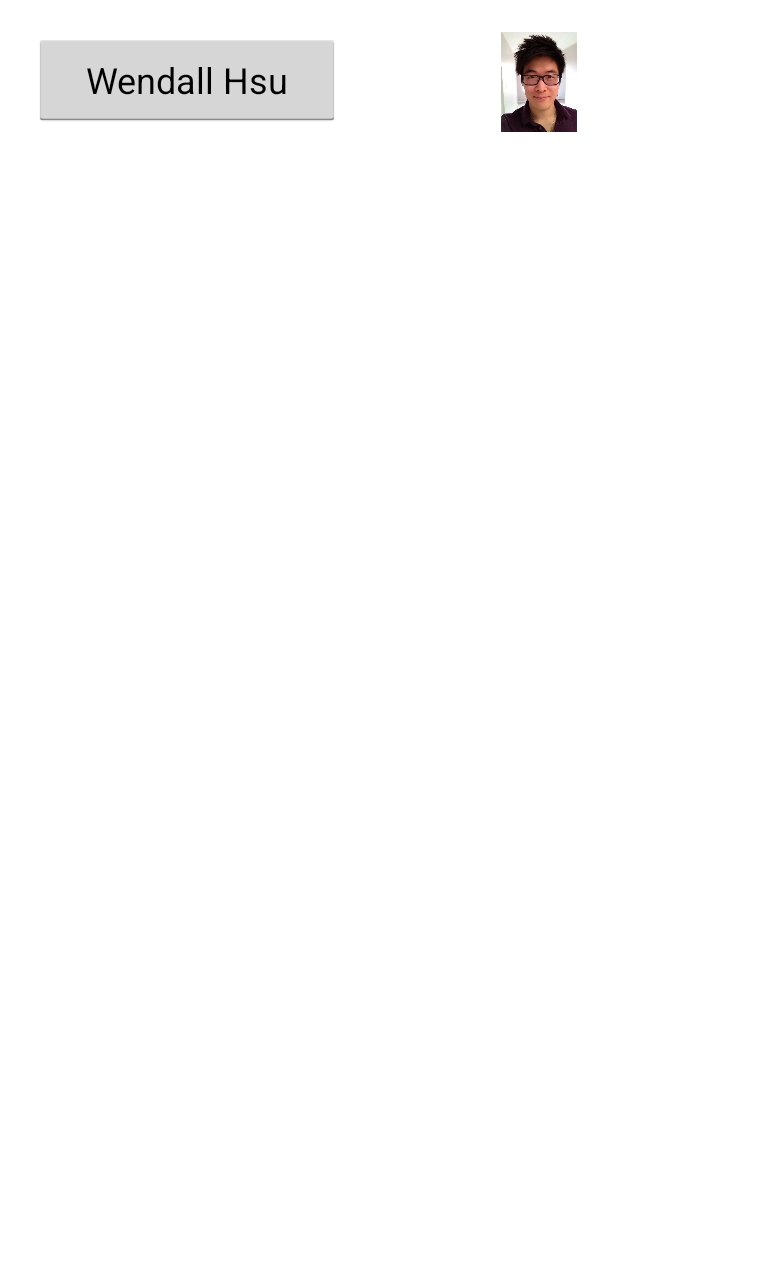
Repository: lethe13/AndroidProgramming
Layout: COMP304-Assignment2/res/layout/activity_main.xml
These files come from the project's save history. The layout is drawn as it stood at one moment and after the next save; the edit follows.
It is drawn on a 768 x 1280 px phone screen (xhdpi) without system bars, with theme AppTheme; the app's code is not run.

Above is the layout before, as saved 2015-10-13 21:22:36.

After the next save:
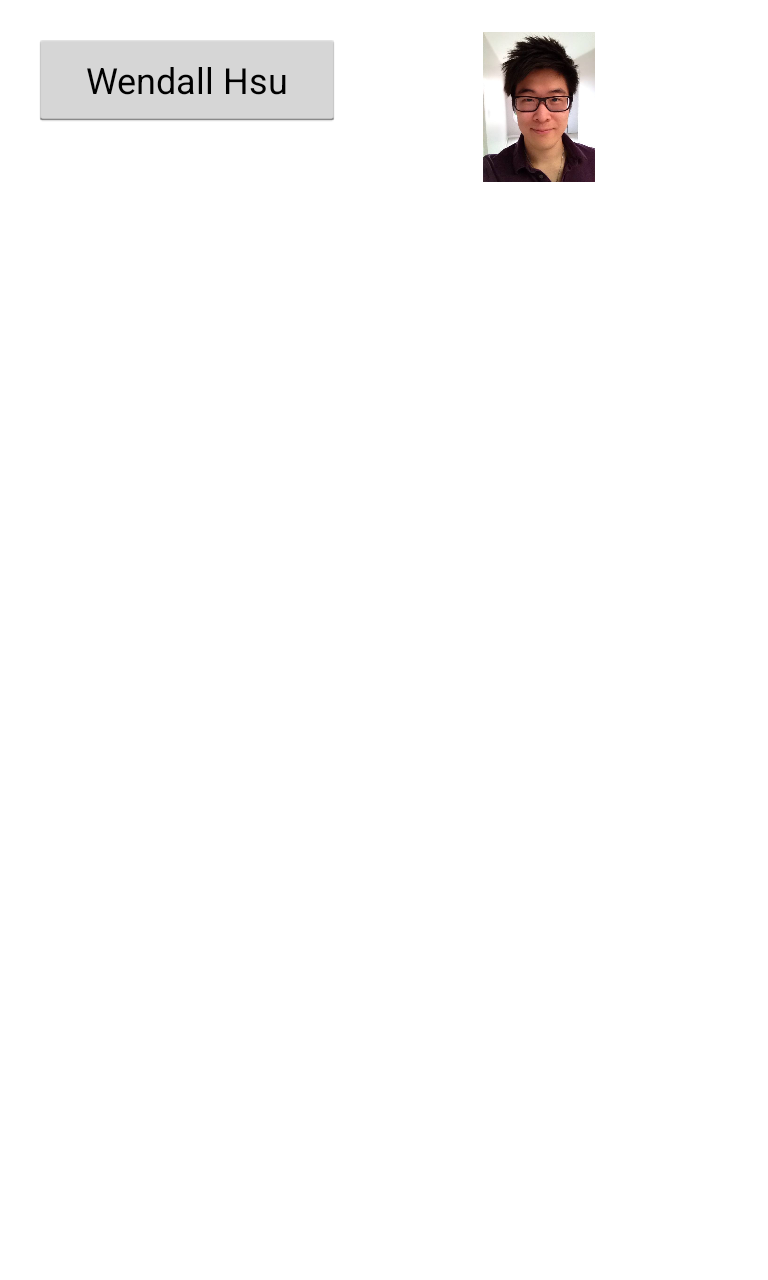
Saved 8 min 53 s later.
--- a/COMP304-Assignment2/res/layout/activity_main.xml
+++ b/COMP304-Assignment2/res/layout/activity_main.xml
@@ -18,7 +18,7 @@
        <ImageView
 	        android:id="@+id/imageView1"
 	        android:layout_width="wrap_content"
-	        android:layout_height="100px"
+	        android:layout_height="150px"
 	        android:layout_toRightOf="@+id/button1"
 	        android:src="@drawable/wendall" />
 
